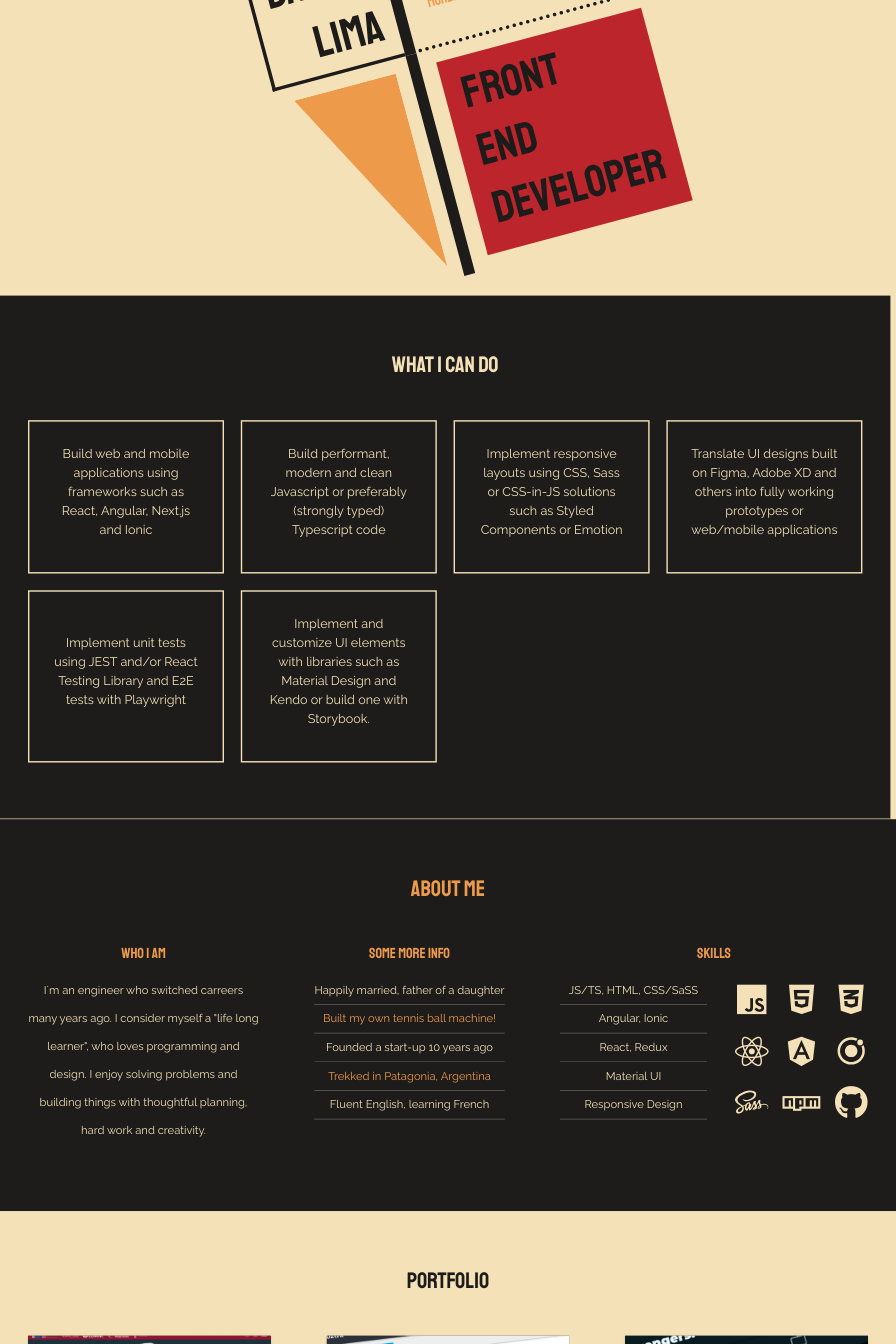
Repository: luizdanielmlima/myWebsite
Page: dist/index.html
The author's editor kept a copy of each file at every save. The page is drawn from the files as they stood at one save, then again after the next save.
The browser window is 1280 px wide. The pictures show the part of the page from y = 305 to 2225 px (the page is 3863 px tall), at 70% of full size.
Some web libraries are served in a nearby version.

Above is the page before, as saved 2023-01-04 08:52:20.

After the next save:
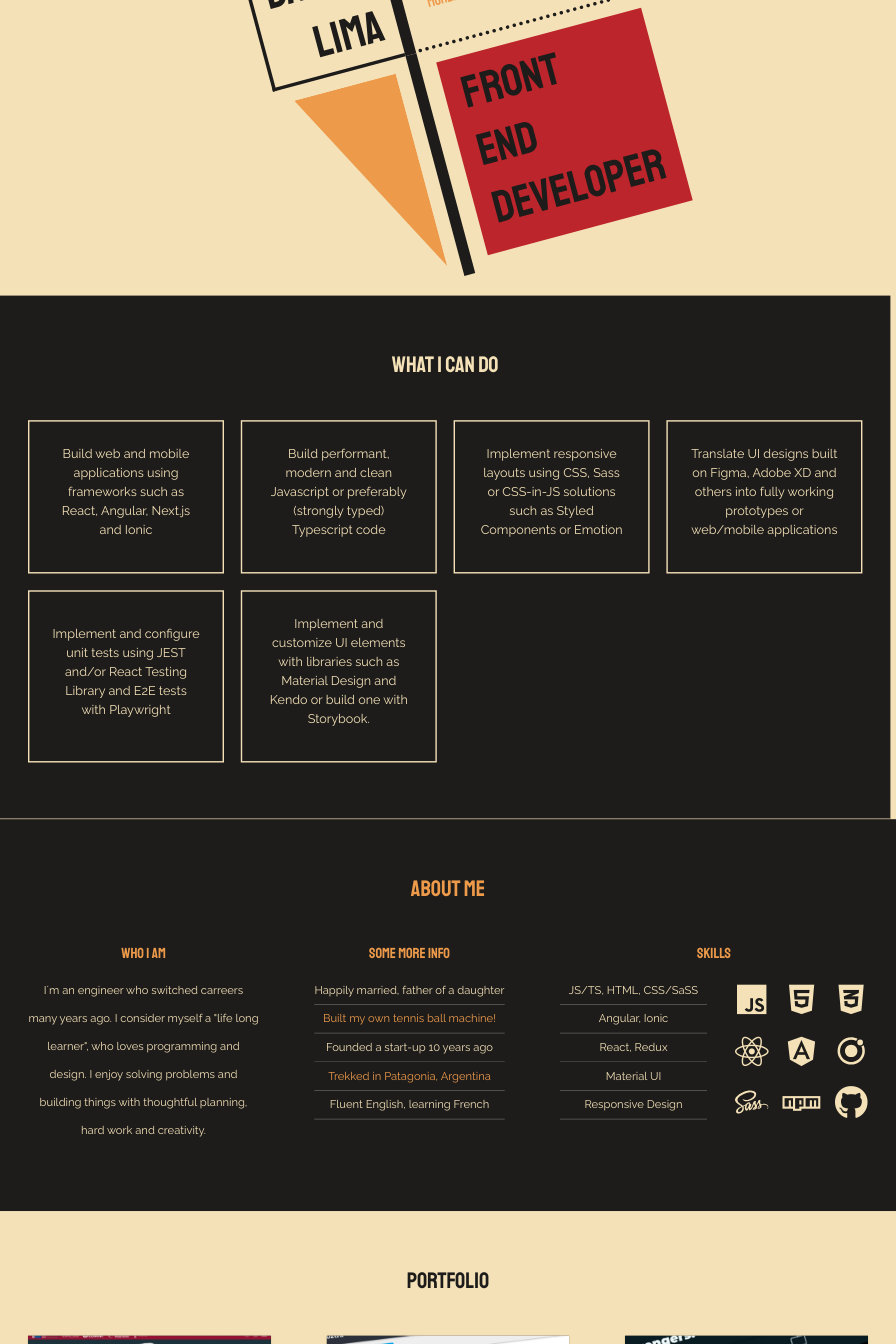
Saved 46 s later.
--- a/dist/index.html
+++ b/dist/index.html
@@ -140,8 +140,8 @@
         </div>
         <div class="ability">
           <p>
-            Implement unit tests using JEST and/or React Testing
-            Library and E2E tests with Playwright
+            Implement and configure unit tests using JEST and/or React
+            Testing Library and E2E tests with Playwright
           </p>
         </div>
         <div class="ability">
